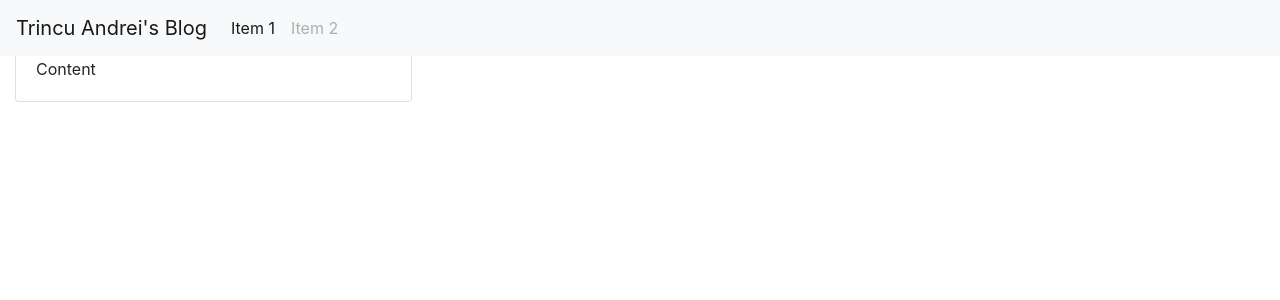
Repository: nicolasolo/bitesizecoding.space
Page: index.html
The author's editor kept a copy of each file at every save. The page is drawn from the files as they stood at one save, then again after the next save.
The browser window is 1280 px wide. The pictures show the whole page.

Above is the page before, as saved 2020-04-09 17:02:18.

After the next save:
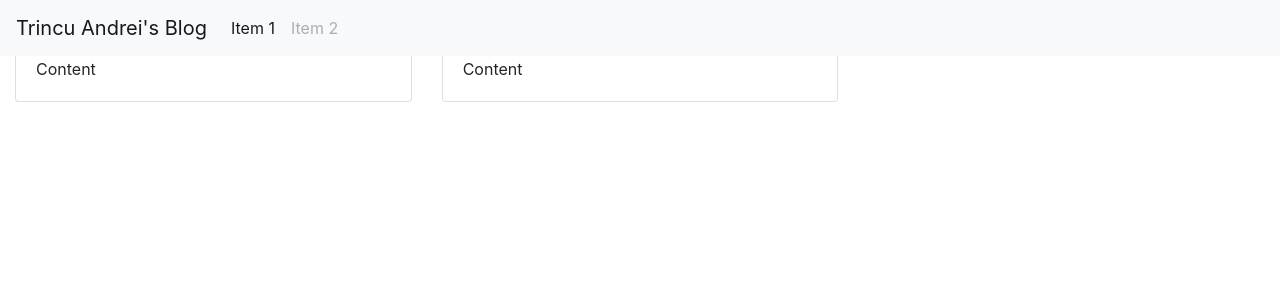
Saved 21 s later.
--- a/index.html
+++ b/index.html
@@ -41,7 +41,16 @@
         <img class="card-img-bottom" src="" alt="">
     </div>
 </div>
-<div class="col-4"></div>
+<div class="col-4">
+    <div class="card">
+        <img class="card-img-top" src="" alt="">
+        <div class="card-body">
+            <h5 class="card-title">Title</h5>
+            <p class="card-text">Content</p>
+        </div>
+        <img class="card-img-bottom" src="" alt="">
+    </div>
+</div>
 <div class="col-4"></div>
     </div>
 
